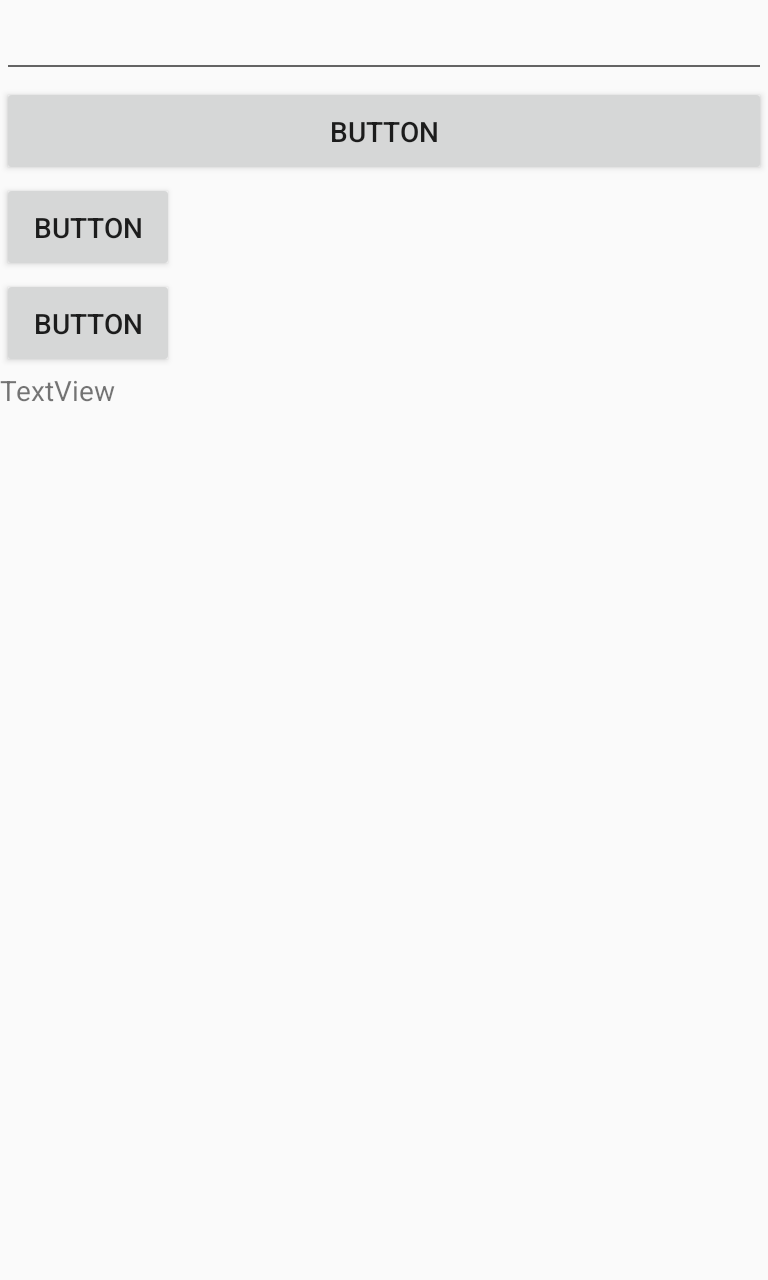
Repository: testGitHubTeam/study_Android
Layout: 66PreferencesEx/res/layout/activity_main.xml
These files come from the project's save history. The layout is drawn as it stood at one moment and after the next save; the edit follows.
It is drawn on a 768 x 1280 px phone screen (xhdpi) without system bars, with theme AppTheme; the app's code is not run.

Above is the layout before, as saved 2014-04-29 02:13:01.

### 66PreferencesEx/res/layout/activity_main.xml
<LinearLayout xmlns:android="http://schemas.android.com/apk/res/android"
    xmlns:tools="http://schemas.android.com/tools"
    android:id="@+id/container"
    android:layout_width="match_parent"
    android:layout_height="match_parent"
    tools:context="kr.android.preferences.MainActivity"
    tools:ignore="MergeRootFrame"
    android:orientation="vertical"
     >

    <EditText
        android:id="@+id/editText1"
        android:layout_width="match_parent"
        android:layout_height="wrap_content"
        />




    <Button
        android:id="@+id/button1"
        android:layout_width="match_parent"
        android:layout_height="wrap_content"
        android:text="Button" />

    <Button
        android:id="@+id/button2"
        android:layout_width="wrap_content"
        android:layout_height="wrap_content"
        android:text="Button" />

    <Button
        android:id="@+id/button3"
        android:layout_width="wrap_content"
        android:layout_height="wrap_content"
        android:text="Button" />

    <TextView
        android:id="@+id/textView1"
        android:layout_width="wrap_content"
        android:layout_height="wrap_content"
        android:text="TextView" />

</LinearLayout>

Loaded but not shown: 66PreferencesEx/res/values/styles.xml (common file); 66PreferencesEx/res/values-v11/styles.xml (common file); 66PreferencesEx/res/values-v14/styles.xml (common file)

After the next save:
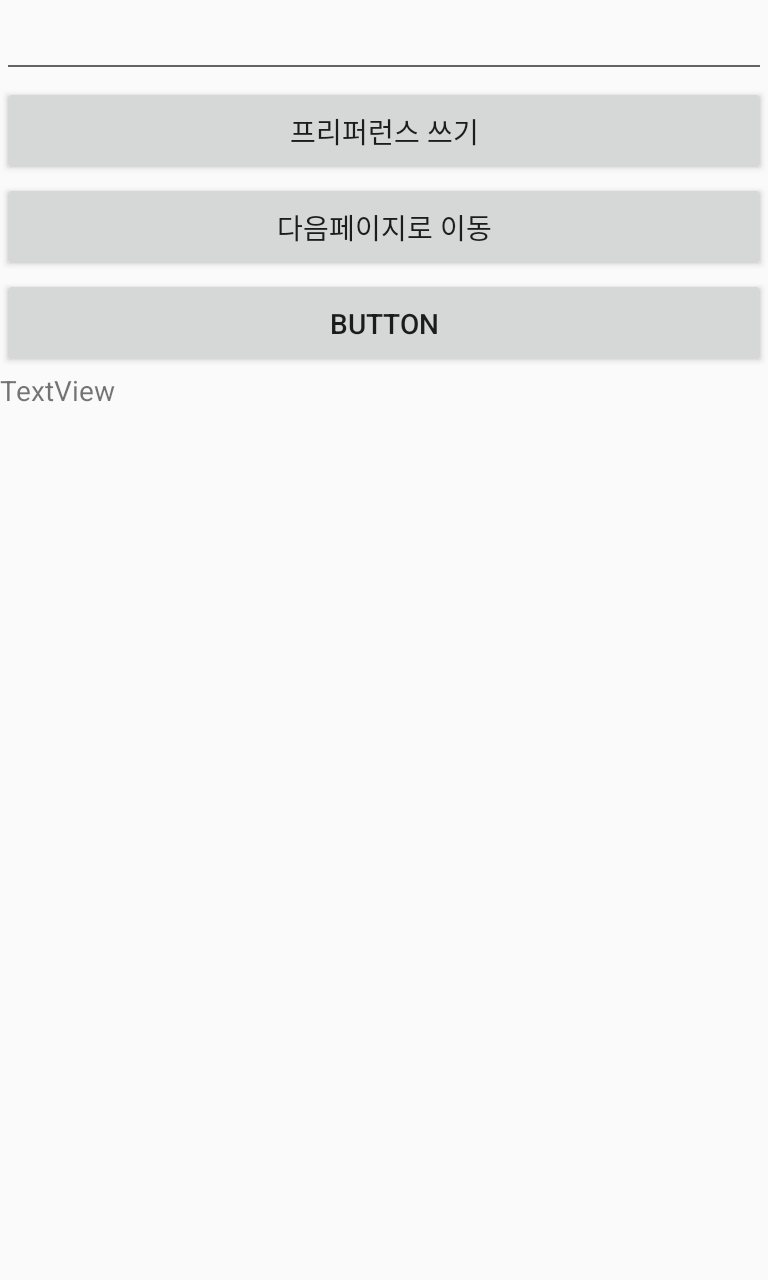
Saved 48 s later.
--- a/66PreferencesEx/res/layout/activity_main.xml
+++ b/66PreferencesEx/res/layout/activity_main.xml
@@ -9,35 +9,32 @@
      >
 
     <EditText
-        android:id="@+id/editText1"
+        android:id="@+id/etText"
         android:layout_width="match_parent"
         android:layout_height="wrap_content"
         />
 
-
-
+    <Button
+        android:id="@+id/btnWrite"
+        android:layout_width="match_parent"
+        android:layout_height="wrap_content"
+        android:text="프리퍼런스 쓰기" />
 
     <Button
-        android:id="@+id/button1"
+        android:id="@+id/btnMove"
         android:layout_width="match_parent"
         android:layout_height="wrap_content"
-        android:text="Button" />
-
-    <Button
-        android:id="@+id/button2"
-        android:layout_width="wrap_content"
-        android:layout_height="wrap_content"
-        android:text="Button" />
+        android:text="다음페이지로 이동" />
 
     <Button
         android:id="@+id/button3"
-        android:layout_width="wrap_content"
+        android:layout_width="match_parent"
         android:layout_height="wrap_content"
         android:text="Button" />
 
     <TextView
         android:id="@+id/textView1"
-        android:layout_width="wrap_content"
+        android:layout_width="match_parent"
         android:layout_height="wrap_content"
         android:text="TextView" />
 
